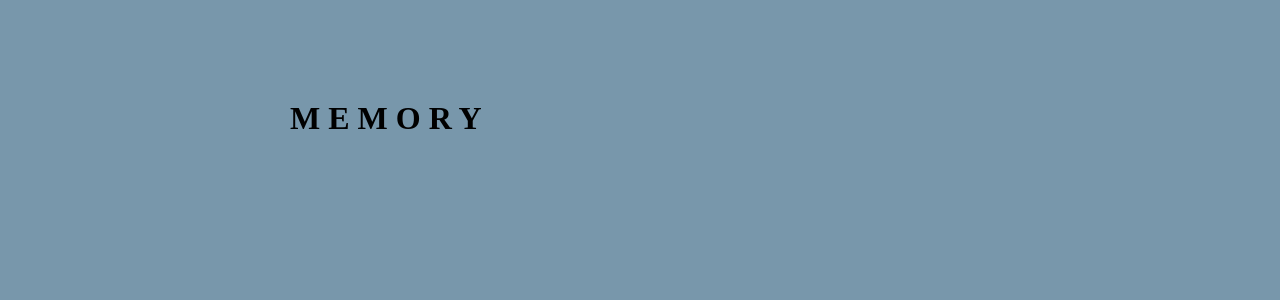
Repository: la222tc/la222tc-1dv403-Laborationer
Page: 3-gameon/memory/index.html
The author's editor kept a record of every edit. The page is drawn from the files as they stood at one moment, then again after the next edit.
The browser window is 1280 px wide. The pictures show the whole page.

Above is the page before.

### 3-gameon/memory/index.html
<!DOCTYPE html>
<html lang="sv">
<head>
	<meta charset="UTF-8" />
 	<title>JavaScript - Laboration 3 - Memory</title>
    <link rel="stylesheet" href="css/csslabby.css" type="text/css" />
</head>
    <body>
        <div id="content">
         <h1>M E M O R Y</h1>
        </div>

        <script type="text/javascript" src="script/memory.js"></script>
        <script type="text/javascript" src="script/random.js"></script>
    </body>
</html>

### 2-labbymezzage/css/csslabby.css
body {
    background-color:#7897AB;
}

#content {
    width:700px;
    margin:auto;
    margin-top:100px;
}

#mainMessage {
    border:1px solid black;
    border-radius:10px;
    background-color:white;
    height:100%;
    float:left;
    padding-bottom:10px;
}

#labbyimage {
    margin-left: 135px;
    margin-bottom:30px;
}

#messageTextArea {
    width: 650px;
	height: 120px;
	border: 1px solid gray;
	margin-left:23px;
	float:left;
}

#submit {
    float:right;
    margin-right:20px;
    margin-top:1px;
    border-radius:10px;
}

#submit:hover {
    background-color:#7897AB;
    cursor:pointer;
}

#amountOfMessages {
    float:right;
    margin-right:5px;
}

#numberOfMessages {
    float:right;
    margin-right:5px;
}

#messageMain {
    text-align:left;
    width:98%;
    float:left;
    margin-top:30px;
    margin-left:5px;
    border-radius:5px;
}

.message {
    text-align:left;
    width:98%;
    float:left;
    margin-top:10px;
    margin-left:5px;
    border-radius:5px;
    border:1px solid black;
    background-color:#7897AB;
}

.theMessage {
    width:87%;
    float:left;
    margin-left:3px;
}

.timeStamp {
    float:right;
    margin-right:3px;
    margin-bottom: -2px;
    font-size: 14px;
}

.delTimeAndTime {
    float:left;
    width:10%;
    padding-left: 12px;
}

.time {
    margin-left:5px;
}

.delete {
    margin-left:10px;
}

### 3-gameon/memory/script/memory.js
"use strict";

function memory(rows, cols) {

        //var that = this;
        var firstGuess;
        var secondGuess;
        var newMem = [];
        var clicks = 0;
        var flippedBrick = 0;
        var numberOfBricksFlipped = 0;

        createMemoryBoard();

        function createMemoryBoard() {
            newMem = RandomGenerator.getPictureArray(rows, cols);

            createTable(rows, cols);

        }
          //  console.log(newMem);



        function createTable(rows, cols) {
            var div = document.getElementById("content");
            var table = document.createElement("table");
            var number = 0;

            div.appendChild(table);

            for (var i = 0; i < rows; i++) {
                var row = document.createElement("tr");
                table.appendChild(row);

                for (var j = 0; j < cols; j++) {
                    var col = document.createElement("td");

                    var img = document.createElement("img");
                    img.setAttribute("src", "pics/0.png");


                    var a = document.createElement("a");
                    a.setAttribute("href", "#");

                    row.appendChild(col);
                    col.appendChild(a);
                    a.appendChild(img);
                    img.className = newMem[number];
                    number++;

                    a.onclick = function (e) {
                        var target = e.target;
                        turnBrick(target);
                    };

                }
            }

        }

        function turnBrick(target) {

            for (var i = 0; i < newMem.length; i++) {


            if(target.className == newMem[i]){

                target.src = "pics/" + newMem[i] + ".png";
            }

            }

           flippedBrick += 1;

        if (flippedBrick === 1) {
            firstGuess = target;
            console.log(firstGuess);
        }

        if (flippedBrick == 2) {
            secondGuess = target;
            console.log(secondGuess);
        }

        if (flippedBrick === 2 && firstGuess.className === secondGuess.className) {
            flippedBrick = 0;
            return;

        } else if (flippedBrick === 2 && firstGuess.className != secondGuess.className) {

            window.setTimeout(function () {
                firstGuess.src = "pics/0.png";
                secondGuess.src = "pics/0.png";
                flippedBrick = 0;
            }, 800);
        }

    }
}

### 3-gameon/memory/script/random.js
"use strict";


var RandomGenerator = {

	/*
		Denna metod tar antalet rader och columner som inparameter.

		Metoden returnerar en array inneh�llandes utslumpade tal mellan 1 och (rows*cols)/2. Varje tal representeras tv�
		g�nger och motsvarar s�ledes en spelbricka.

		I en 4*4 matris kan Arrayen t.ex. se ut s� h�r:
		[1,2,6,8,6,2,5,3,1,3,7,5,8,4,4,7]

		I en 2*4 matris kan Arrayen t.ex. se ut s� h�r:
		[3,4,4,1,2,1,2,3]
	*/

	getPictureArray: function(rows, cols)
	{
		var numberOfImages = rows*cols;
		var maxImageNumber = numberOfImages/2;

	   	var imgPlace = [];

	   //Utplacering av bilder i Array
	   for(var i=0; i<numberOfImages; i++)
		  imgPlace[i] = 0;

		for(var currentImageNumber=1; currentImageNumber<=maxImageNumber; currentImageNumber++)
		{
			var imageOneOK = false;
			var imageTwoOK = false;

			do
			{
				if(imageOneOK == false)
				{
					var randomOne = Math.floor( (Math.random() * (rows*cols-0) + 0) );

					if( imgPlace[randomOne] == 0 )
					{
						imgPlace[randomOne] = currentImageNumber;
						imageOneOK = true;
					}
				}

				if(imageTwoOK == false)
				{
					var randomTwo = Math.floor( (Math.random() * (rows*cols-0) + 0) );

					if( imgPlace[randomTwo] == 0 )
					{
						imgPlace[randomTwo] = currentImageNumber;
						imageTwoOK = true;
					}
				}
			}
			while(imageOneOK == false || imageTwoOK == false);
		}

		return imgPlace;
	}
}

After the next edit:
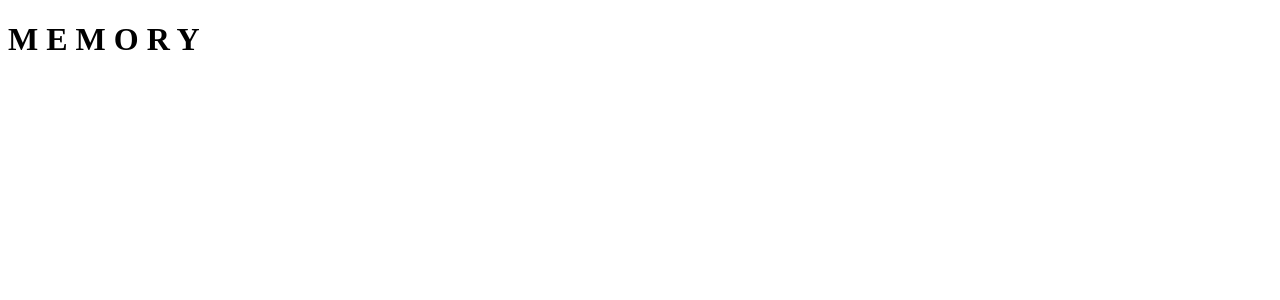
The edit:
--- a/3-gameon/memory/index.html
+++ b/3-gameon/memory/index.html
@@ -3,7 +3,6 @@
 <head>
 	<meta charset="UTF-8" />
  	<title>JavaScript - Laboration 3 - Memory</title>
-    <link rel="stylesheet" href="css/csslabby.css" type="text/css" />
 </head>
     <body>
         <div id="content">
